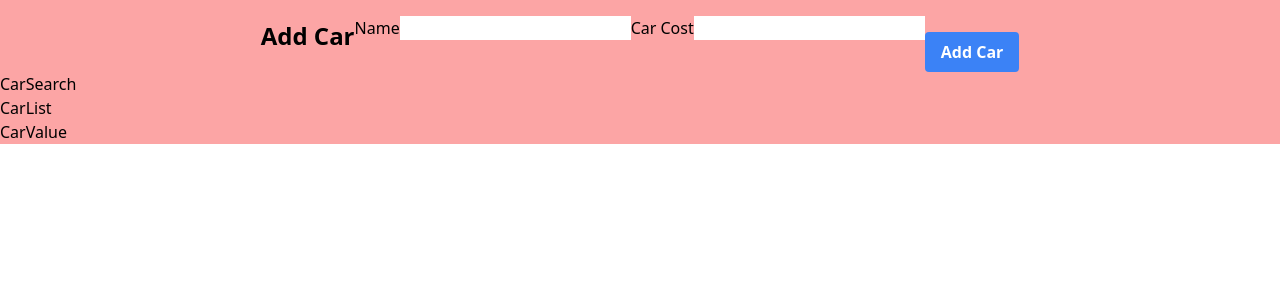
Repository: Marhamat92/carsappreduxtoolkit
Page: /
These files come from the project's save history. The page is drawn as it stood at one moment and after the next save; the edit follows.
The browser window is 1280 px wide. The pictures show the whole page.
The project was rebuilt for these pictures with package versions that can differ from the ones it lists, and the page was loaded fresh each time.

Above is the page before, as saved 2023-01-23 21:02:10.

### src/index.js
import React from 'react';
import ReactDOM from 'react-dom/client';
import './index.css';
import App from './App';
import { Provider } from 'react-redux';
import { store } from './store'


const root = ReactDOM.createRoot(document.getElementById('root'));
root.render(
  <Provider store={store}>
    <App />
  </Provider>
);

### src/App.js
import CarForm from "./components/CarForm";
import CarList from "./components/CarList";
import CarSearch from "./components/CarSearch";
import CarValue from "./components/CarValue";


function App() {
  return (
    <div className="container mx-auto  bg-red-300">
      <CarForm />
      <CarSearch />
      <CarList />
      <CarValue />
    </div>
  );
}

export default App;

### src/store/index.js
import { configureStore } from "@reduxjs/toolkit";
import {
  carsReducer,
  addCar,
  removeCar,
  changeSearchTerm,
} from "./slices/carsSlice";
import { formReducer, changeName, changeCost } from "./slices/formSlice";

const store = configureStore({
  reducer: {
    cars: carsReducer,
    form: formReducer,
  },
})

export { store, addCar, removeCar, changeSearchTerm, changeName, changeCost };

### src/components/CarForm.js
import React from 'react'

function CarForm() {
  return (
    <div className='flex items-center justify-center'>
      <h1 className='font-bold text-2xl' >Add Car</h1>
      <div className='mt-4'>
        <form className='flex flex-row'>
          <div>
            <label htmlFor='make'>Name</label>
            <input type='text' name='carName' id='carName' />
          </div>
          <div>
            <label htmlFor='price'>Car Cost</label>
            <input type='text' name='price' id='price' />
          </div>
          <button className='bg-blue-500 hover:bg-blue-700 text-white font-bold py-2 px-4 rounded mt-4' type='submit'>Add Car</button>
        </form>
      </div>
    </div>
  )
}

export default CarForm

### src/components/CarList.js
import React from 'react'

function CarList() {
  return (
    <div>CarList</div>
  )
}

export default CarList

### src/components/CarSearch.js
import React from 'react'

function CarSearch() {
  return (
    <div>CarSearch</div>
  )
}

export default CarSearch

### src/components/CarValue.js
import React from 'react'

function CarValue() {
  return (
    <div>CarValue</div>
  )
}

export default CarValue

### src/store/slices/carsSlice.js
import { createSlice, nanoid } from '@reduxjs/toolkit';

const carsSlice = createSlice({
  name: 'cars',
  initialState: {
    cars: [],
    searchTerm: ''
  },
  reducers: {
    changeSearchTerm(state, action) {
      state.searchTerm = action.payload;
    },
    addCar(state, action) {
      //Assumption:
      //action.payload is an object with the following properties:
      //name, cost, id
      state.cars.push({
        name: action.payload.name,
        cost: action.payload.cost,
        id: nanoid()
      })
    },
    removeCar(state, action) {
      //Assumption:
      //action.payload is the id of the car to remove
      const updatedCars = state.cars.filter((car) => {
        return car.id !== action.payload;
      })
      state.cars = updatedCars;
    }

  }
})

export const { changeSearchTerm, addCar, removeCar } = carsSlice.actions;
export const carsReducer = carsSlice.reducer;

### src/store/slices/formSlice.js
import { createSlice } from '@reduxjs/toolkit';

const formSlice = createSlice({
  name: 'form',
  initialState: {
    name: '',
    cost: 0
  },
  reducers: {
    changeName(state, action) {
      state.name = action.payload;
    },
    changeCost(state, action) {
      state.cost = action.payload;
    }
  }
})

export const { changeName, changeCost } = formSlice.actions;
export const formReducer = formSlice.reducer;

Loaded but not shown: public/index.html (common file); src/index.css (common file); tailwind.config.js (common file)

After the next save:
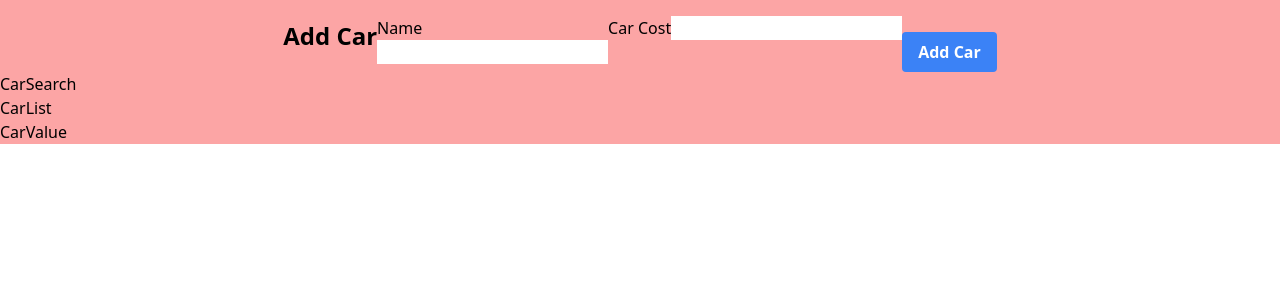
Saved 17 s later.
--- a/src/components/CarForm.js
+++ b/src/components/CarForm.js
@@ -6,7 +6,7 @@ function CarForm() {
       <h1 className='font-bold text-2xl' >Add Car</h1>
       <div className='mt-4'>
         <form className='flex flex-row'>
-          <div>
+          <div className='flex flex-col'>
             <label htmlFor='make'>Name</label>
             <input type='text' name='carName' id='carName' />
           </div>
